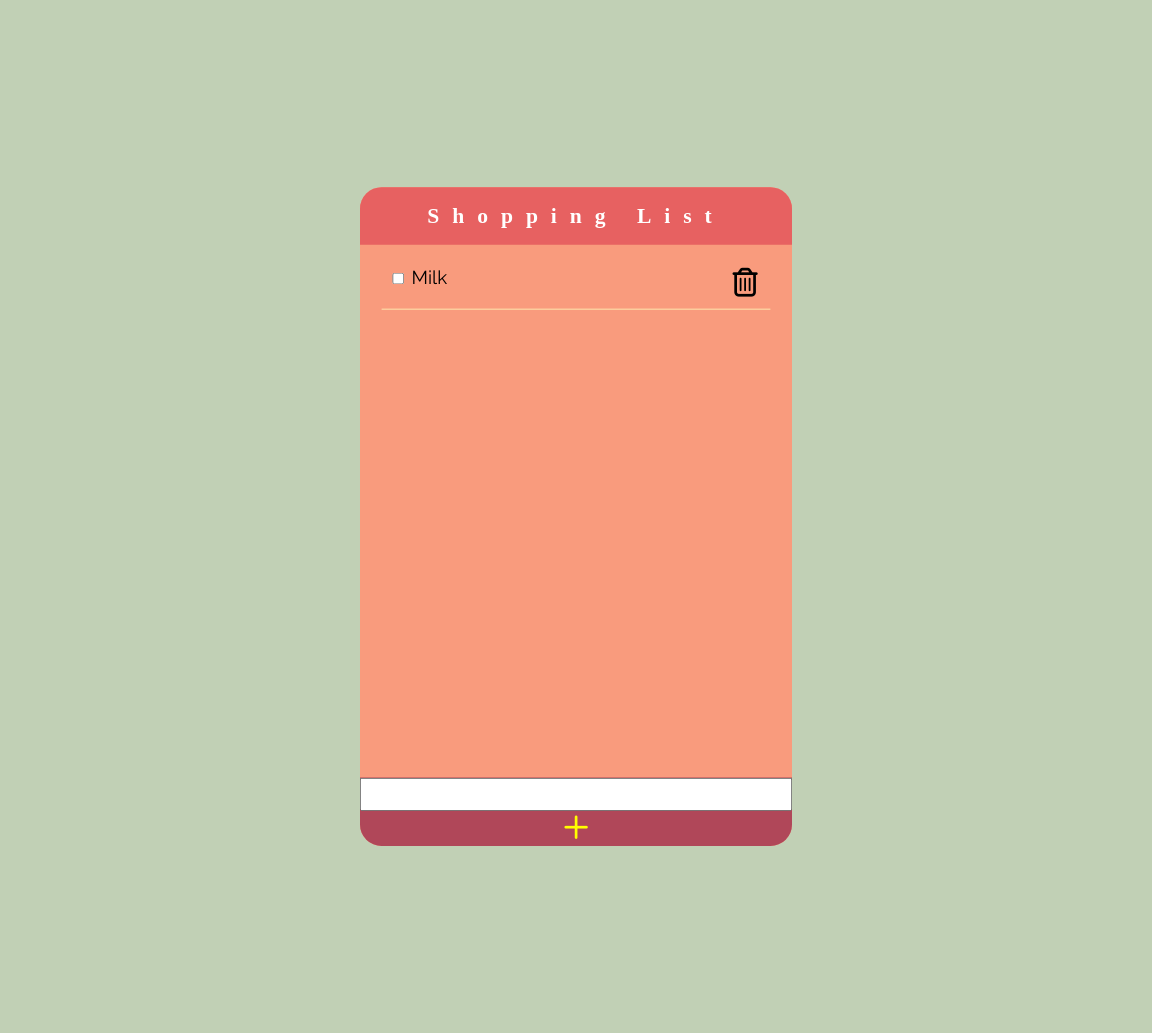
Repository: sephinejo/shopping-list-app
Page: index.html
These files come from the project's save history. The page is drawn as it stood at one moment and after a run of saves; the edit follows.
The browser window is 1280 px wide. The pictures show the whole page, at 90% of full size.
Some web fonts or font styles are not loaded; a fallback is used. Some web libraries are served in a nearby version.

Above is the page before, as saved 2023-05-12 16:00:59.

### index.html
<!DOCTYPE html>
<html lang="en">
  <head>
    <meta charset="UTF-8" />
    <meta http-equiv="X-UA-Compatible" content="IE=edge" />
    <meta name="viewport" content="width=device-width, initial-scale=1.0" />
    <title>Shopping List 🛍️🛒</title>
    <link rel="preconnect" href="https://fonts.googleapis.com" />
    <link rel="preconnect" href="https://fonts.gstatic.com" crossorigin />
    <link
      href="https://fonts.googleapis.com/css2?family=Alice&family=Raleway:wght@400;600;700;800&display=swap"
      rel="stylesheet"
    />
    <script
      src="https://kit.fontawesome.com/9ac80604cb.js"
      crossorigin="anonymous"
    ></script>
    <script src="main.js" defer></script>
    <link rel="stylesheet" href="style.css" />
  </head>
  <body>
    <section class="container">
      <header class="header">Shopping List</header>
      <ul class="items">
        <li class="item__row">
          <div class="item">
            <input id="item__checkbox" name="item__checkbox" type="checkbox" />
            <label for="item__checkbox">Milk</label>
          </div>
          <button class="item__delete">
            <i class="fa-regular fa-trash-can"></i>
          </button>
        </li>
        <div class="item__divider"></div>
      </ul>
      <footer>
        <input class="input" type="text" />
        <button class="footer__add">
          <i class="fa-regular fa-plus"></i>
        </button>
      </footer>
    </section>
  </body>
</html>

### style.css
* {
  box-sizing: border-box;
}

body {
  text-align: center;
  background-color: #c1d0b5;
}

.container {
  margin: 13rem auto;
  width: 30rem;
  background-color: #f99b7d;
  border-radius: 1.5rem;
}

button {
  outline: none;
  background: transparent;
  border: none;
  cursor: pointer;
}

/* Header */
.header {
  height: 4rem;
  padding: 1.2rem;
  font-family: 'Alice';
  font-size: 1.5rem;
  font-weight: 700;
  color: white;
  letter-spacing: 0.9rem;
  background: #e76161;
  border-radius: 1.5rem 1.5rem 0 0;
}

/* Items */
.items {
  height: 35rem;
  overflow-y: auto;
  padding: 0;
}

.item__row {
  display: flex;
  justify-content: space-between;
  padding: 0.5rem 2rem;
  font-size: 1.3rem;
  font-family: 'Raleway';
  font-weight: 500;
}

.item__divider {
  width: 90%;
  height: 1px;
  background-color: #ffeeb3;
  margin: auto;
}

.item__delete {
  transition: all 300ms ease-in;
  font-size: 2rem;
}

.item__delete:hover {
  color: ;
}

/* Footer */
footer {
  background: #b04759;
  display: flex;
  flex-direction: column;
  border-radius: 0 0 1.5rem 1.5rem;
}

.input {
  height: 2.3rem;
  outline: none;
  font-family: 'Raleway';
  font-size: 1.3rem;
}

.footer__add {
  border-radius: 1rem;
  font-size: 2rem;
  color: yellow;
}

Loaded but not shown: main.js (no copy from this time; the picture is the same without it)

After the next 2 saves:
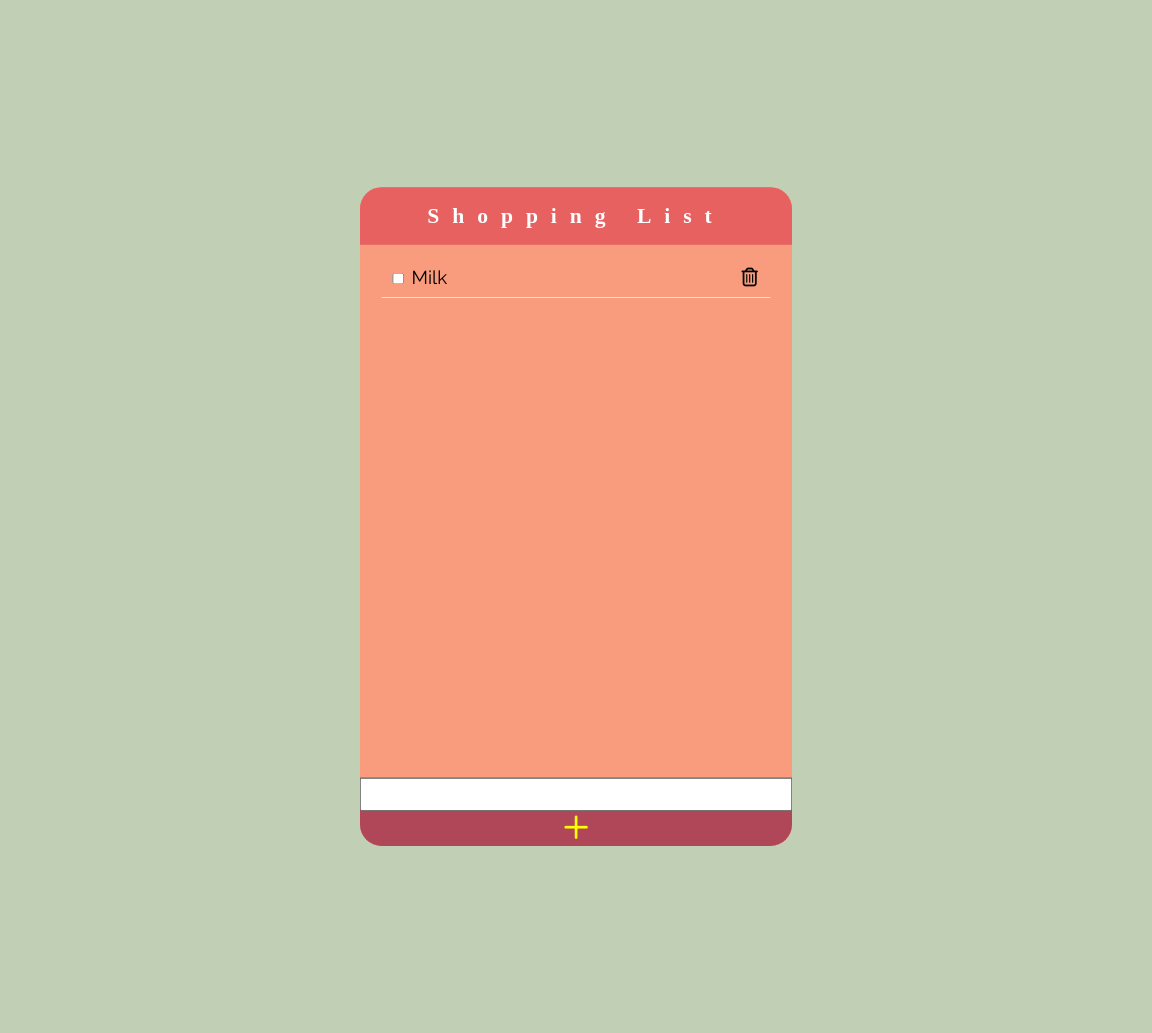
The 2 saves are shown as one change because they came seconds apart.
The last was saved 6 s later.
--- a/style.css
+++ b/style.css
@@ -59,7 +59,7 @@ button {
 
 .item__delete {
   transition: all 300ms ease-in;
-  font-size: 2rem;
+  font-size: 1.3rem;
 }
 
 .item__delete:hover {
